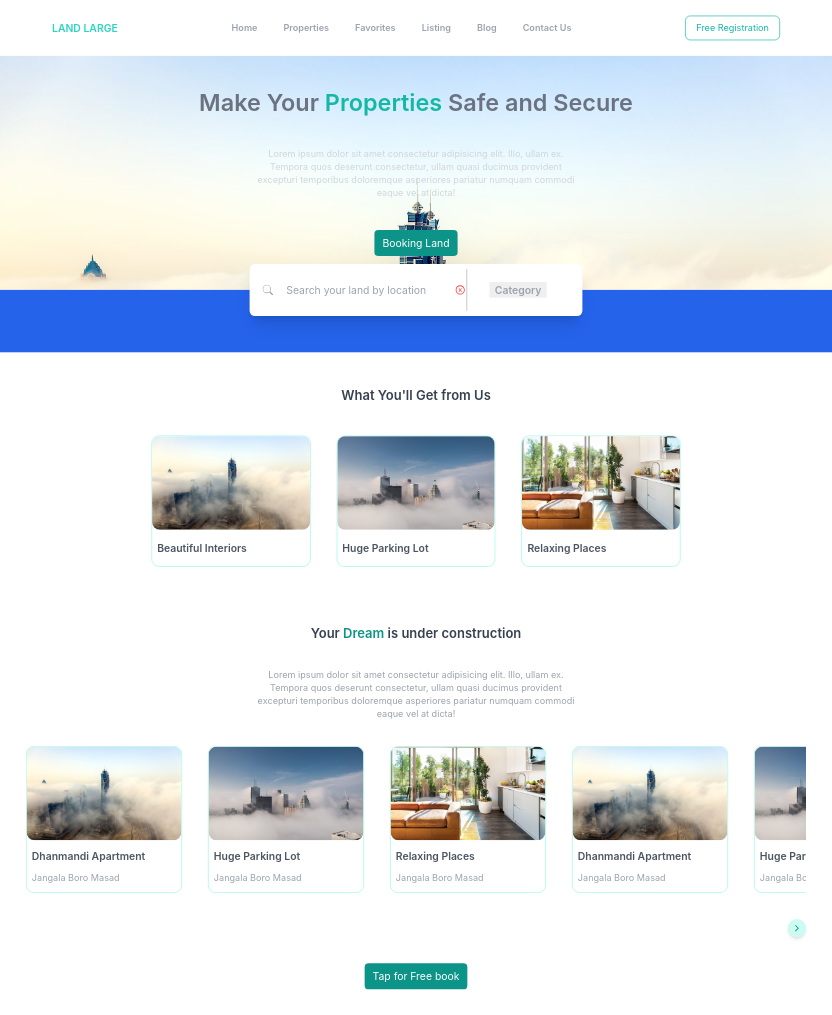
Repository: MuniruIssah/realestate
Page: /
These files come from the project's save history. The page is drawn as it stood at one moment and after a run of saves; the edit follows.
The browser window is 1280 px wide. The pictures show the whole page, at 65% of full size.
The project was rebuilt for these pictures with package versions that can differ from the ones it lists, and the page was loaded fresh each time. Also part of the build but not shown: src/App.css.

Above is the page before, as saved 2022-02-20 07:20:32.

After the next 3 saves:
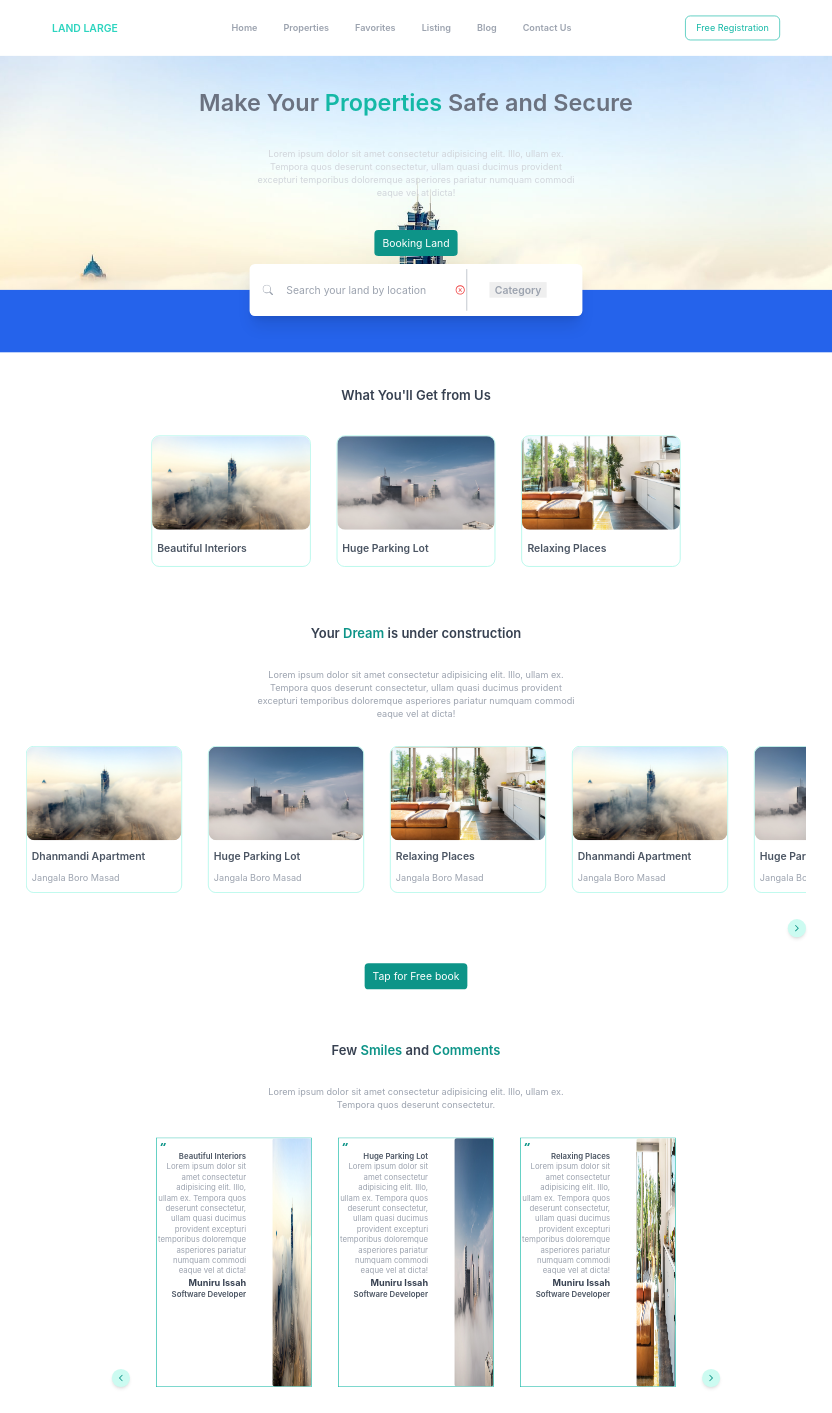
The 3 saves are shown as one change because 1 did not build or start and some came seconds apart.
The last was saved 22 s later.
--- a/src/App.js
+++ b/src/App.js
@@ -5,6 +5,7 @@ import Jumbotron from "./components/Jumbotron";
 import Search from "./components/Search";
 import Services from "./components/Services";
 import UnderConstruction from "./components/UnderConstruction";
+import SmilesAndComments from "./components/SmilesAndComments";
 
 function App() {
   return (
@@ -14,6 +15,7 @@ function App() {
       <Search />
       <Services />
       <UnderConstruction/>
+      <SmilesAndComments/>
     </div>
   );
 }
